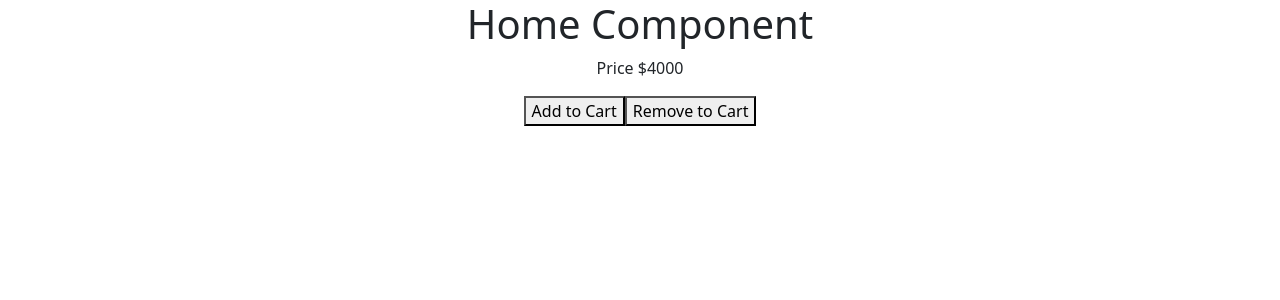
Repository: Rohit1995K/React-redux
Page: /home
The author's editor kept a copy of each file at every save. The page is drawn from the files as they stood at one save, then again after the next save.
The browser window is 1280 px wide. The pictures show the whole page.
The project was rebuilt for these pictures with package versions that can differ from the ones it lists, and the page was loaded fresh each time. Also part of the build but not shown: src/Components/Login/login.css, src/Components/Login/Login.js.

Above is the page before, as saved 2022-10-25 12:55:30.

After the next save:
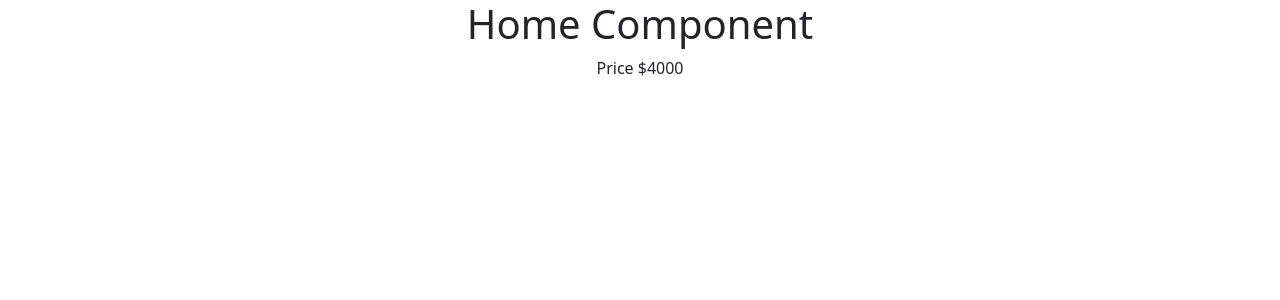
Saved 31 s later.
--- a/src/Components/Home/Home.js
+++ b/src/Components/Home/Home.js
@@ -1,17 +1,11 @@
 import React from "react";
 
-const Home = (props) => {
-    console.log("props:", props);
+const Home = () => {
+
     return (
         <>
             <h1> Home Component </h1>
             <p> Price $4000 </p>
-            <button onClick={() =>
-                {props.addToCardHandler({price:1000, name:'iphone_11'})}
-            }> Add to Cart </button>
-            <button onClick={() =>
-                {props.removeFromCardHandler()}
-            }> Remove to Cart </button>
         </>
     )
 }
